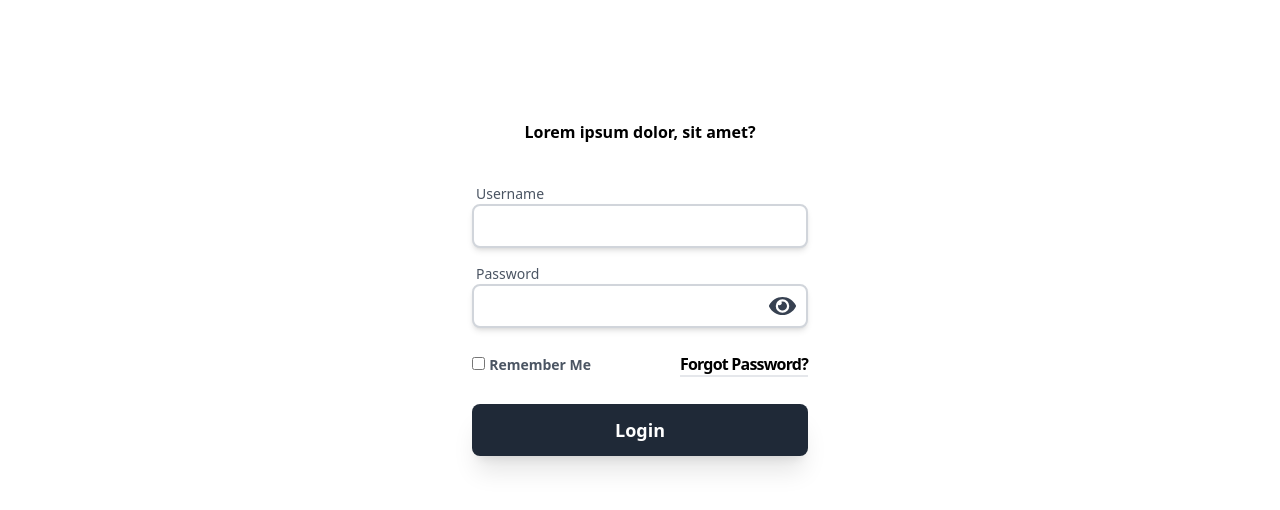
Repository: jeffairsonn/Urges
Page: index.html
These files come from the project's save history. The page is drawn as it stood at one moment and after the next save; the edit follows.
The browser window is 1280 px wide. The pictures show the whole page.
Some web libraries are served in a nearby version.

Above is the page before, as saved 2022-07-14 18:38:20.

### index.html
<html>

<head>
	<meta charset="utf-8">
	<meta name="viewport" content="width=device-width, initial-scale=1">
	<title>Urges - Connexion</title>
	<script src="https://cdn.tailwindcss.com"></script>
	<script src="https://cdn.jsdelivr.net/gh/alpinejs/alpine@v2.x.x/dist/alpine.js" defer></script>
</head>

<body>

	<div class="container max-w-full mx-auto py-24 px-6">
		<div class="font-sans">
			<div class="max-w-sm mx-auto px-6">
				<div class="relative flex flex-wrap">
					<div class="w-full relative">
						<div class="mt-6">
							<div class="text-center font-semibold text-black">
								Lorem ipsum dolor, sit amet?
							</div>

							<form class="mt-8">
								<div class="mx-auto max-w-lg">
									<div class="py-2">
										<span class="px-1 text-sm text-gray-600">Username</span>
										<input placeholder="" type="text"
											class="text-md block px-3 py-2  rounded-lg w-full
                bg-white border-2 border-gray-300 placeholder-gray-600 shadow-md focus:placeholder-gray-500 focus:bg-white focus:border-gray-600 focus:outline-none">
									</div>
									<div class="py-2" x-data="{ show: true }">
										<span class="px-1 text-sm text-gray-600">Password</span>
										<div class="relative">
											<input placeholder="" :type="show ? 'password' : 'text'" class="text-md block px-3 py-2 rounded-lg w-full
                bg-white border-2 border-gray-300 placeholder-gray-600 shadow-md
                focus:placeholder-gray-500
                focus:bg-white
                focus:border-gray-600
                focus:outline-none">
											<div
												class="absolute inset-y-0 right-0 pr-3 flex items-center text-sm leading-5">

												<svg class="h-6 text-gray-700" fill="none" @click="show = !show"
													:class="{'hidden': !show, 'block':show }"
													xmlns="http://www.w3.org/2000/svg" viewbox="0 0 576 512">
													<path fill="currentColor"
														d="M572.52 241.4C518.29 135.59 410.93 64 288 64S57.68 135.64 3.48 241.41a32.35 32.35 0 0 0 0 29.19C57.71 376.41 165.07 448 288 448s230.32-71.64 284.52-177.41a32.35 32.35 0 0 0 0-29.19zM288 400a144 144 0 1 1 144-144 143.93 143.93 0 0 1-144 144zm0-240a95.31 95.31 0 0 0-25.31 3.79 47.85 47.85 0 0 1-66.9 66.9A95.78 95.78 0 1 0 288 160z">
													</path>
												</svg>

												<svg class="h-6 text-gray-700" fill="none" @click="show = !show"
													:class="{'block': !show, 'hidden':show }"
													xmlns="http://www.w3.org/2000/svg" viewbox="0 0 640 512">
													<path fill="currentColor"
														d="M320 400c-75.85 0-137.25-58.71-142.9-133.11L72.2 185.82c-13.79 17.3-26.48 35.59-36.72 55.59a32.35 32.35 0 0 0 0 29.19C89.71 376.41 197.07 448 320 448c26.91 0 52.87-4 77.89-10.46L346 397.39a144.13 144.13 0 0 1-26 2.61zm313.82 58.1l-110.55-85.44a331.25 331.25 0 0 0 81.25-102.07 32.35 32.35 0 0 0 0-29.19C550.29 135.59 442.93 64 320 64a308.15 308.15 0 0 0-147.32 37.7L45.46 3.37A16 16 0 0 0 23 6.18L3.37 31.45A16 16 0 0 0 6.18 53.9l588.36 454.73a16 16 0 0 0 22.46-2.81l19.64-25.27a16 16 0 0 0-2.82-22.45zm-183.72-142l-39.3-30.38A94.75 94.75 0 0 0 416 256a94.76 94.76 0 0 0-121.31-92.21A47.65 47.65 0 0 1 304 192a46.64 46.64 0 0 1-1.54 10l-73.61-56.89A142.31 142.31 0 0 1 320 112a143.92 143.92 0 0 1 144 144c0 21.63-5.29 41.79-13.9 60.11z">
													</path>
												</svg>

											</div>
										</div>
									</div>
									<div class="flex justify-between"><label
											class="block text-gray-500 font-bold my-4"><input type="checkbox"
												class="leading-loose text-pink-600"> <span
												class="py-2 text-sm text-gray-600 leading-snug"> Remember
												Me </span></label> <label class="block text-gray-500 font-bold my-4"><a
												href="#"
												class="cursor-pointer tracking-tighter text-black border-b-2 border-gray-200 hover:border-gray-400"><span>Forgot
													Password?</span></a></label></div> <button class="mt-3 text-lg font-semibold
                bg-gray-800 w-full text-white rounded-lg
                px-6 py-3 block shadow-xl hover:text-white hover:bg-black">
										Login
									</button>
								</div>
							</form>

						</div>
					</div>
				</div>
			</div>
		</div>
	</div>
</body>


<!-- <!DOCTYPE html>
<html>
<head>
	<meta charset="utf-8">
	<meta name="viewport" content="width=device-width, initial-scale=1">
	<title>Urges - Connexion</title>
</head>
<body>

<center><fieldset style="width:360px;">
	<form method="post" action=functions/connexion.php>
		<input type="text" name="login"><br>
		<input type="password" name="pass"><br>
		<center><input type="submit" name="Valider" value="Valider"></center>
	</form>
</fieldset></center>




</body>
</html> -->

After the next save:
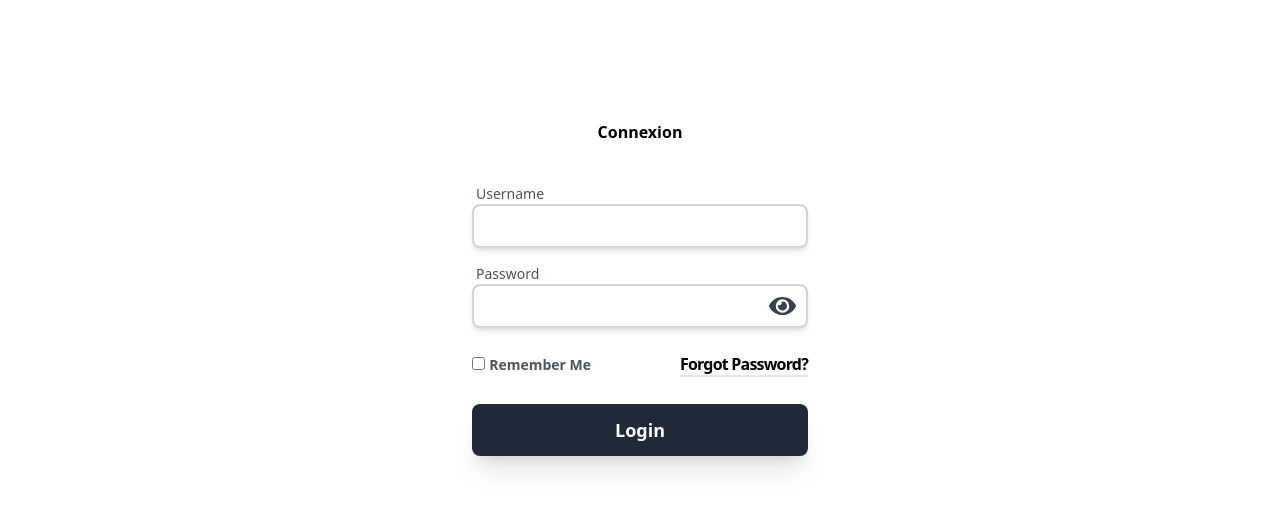
Saved 20 s later.
--- a/index.html
+++ b/index.html
@@ -17,7 +17,7 @@
 					<div class="w-full relative">
 						<div class="mt-6">
 							<div class="text-center font-semibold text-black">
-								Lorem ipsum dolor, sit amet?
+							<p>Connexion</p>
 							</div>
 
 							<form class="mt-8">
